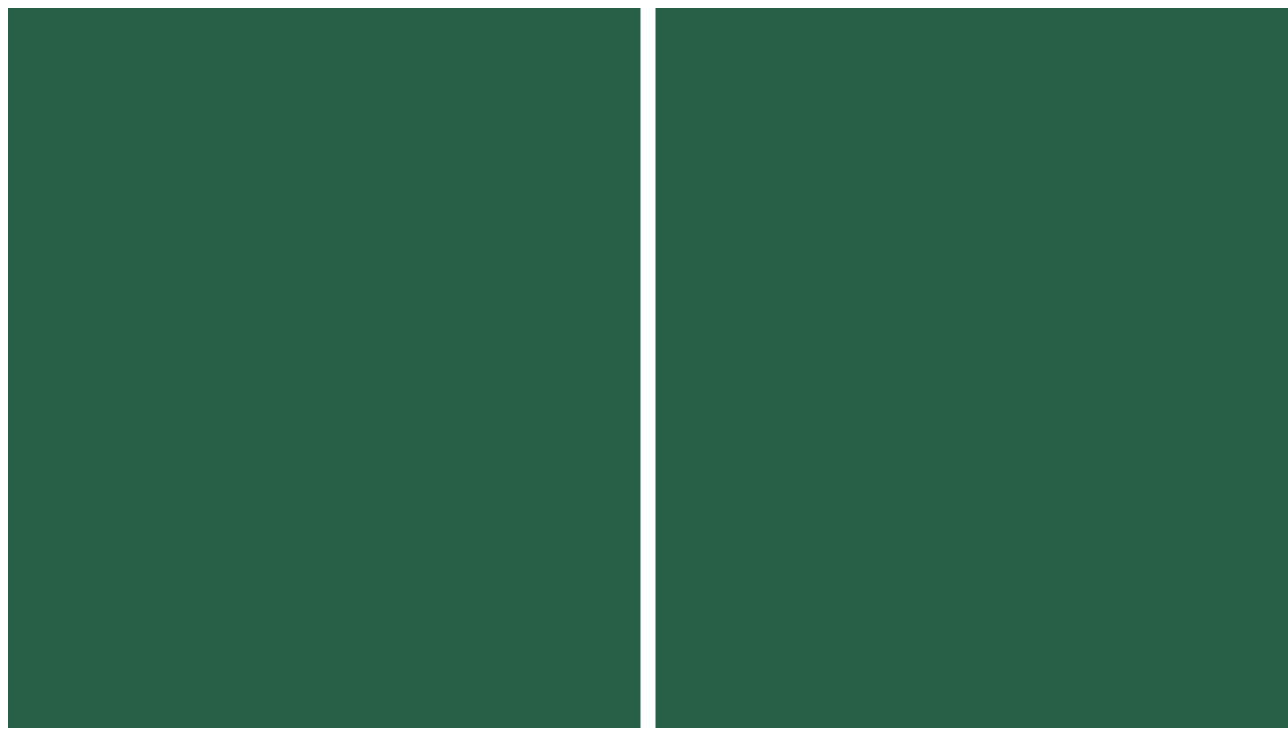
Repository: luizgaivaa/Game
Page: index.html
The author's editor kept a copy of each file at every save. The page is drawn from the files as they stood at one save, then again after a run of saves.
The browser window is 1280 px wide. The page is 1288 px wide, so the pictures cover 1288 px, including what lies to the right of the window. The pictures show the whole page.

Above is the page before, as saved 2024-03-26 15:51:51.
Console error (its wording comes from the project's code and is left out).

### index.html
<!DOCTYPE html>
<html lang="en">
<head>
    <meta charset="UTF-8">
    <meta name="viewport" content="width=device-width, initial-scale=1.0">
    <title>Ping_pong</title>
</head>
<body>
    <canvas></canvas>
        <script>
               const canvasEl = document.querySelector("canvas")
        const canvasCtx = canvasEl.getContext("2d")

        const lineWidth = 15
        function setup(){
            canvasEl.width = canvasCtx.width = window.innerWidth
            canvasEl.height = canvasCtx.height = window.innerHeight
        }

        function draw (){
            canvasCtx.fillStyle = "#286047"
            canvasCtx.fillRect(0,0, window.innerWidth, window.innerHeight)

            canvasCtx.fillStyle = "#ffffff"
            const x= window.innerWidth /2 - lineWidth /2
            const y = 0
            const w = lineWidth
            const h = window.innerHeight

            canvasCtx.fillRect(x,y,w,h)
            canvasCtx.fillRect()
        }
        setup()
        draw()
        </script>


</body>
</html>

After the next 7 saves:
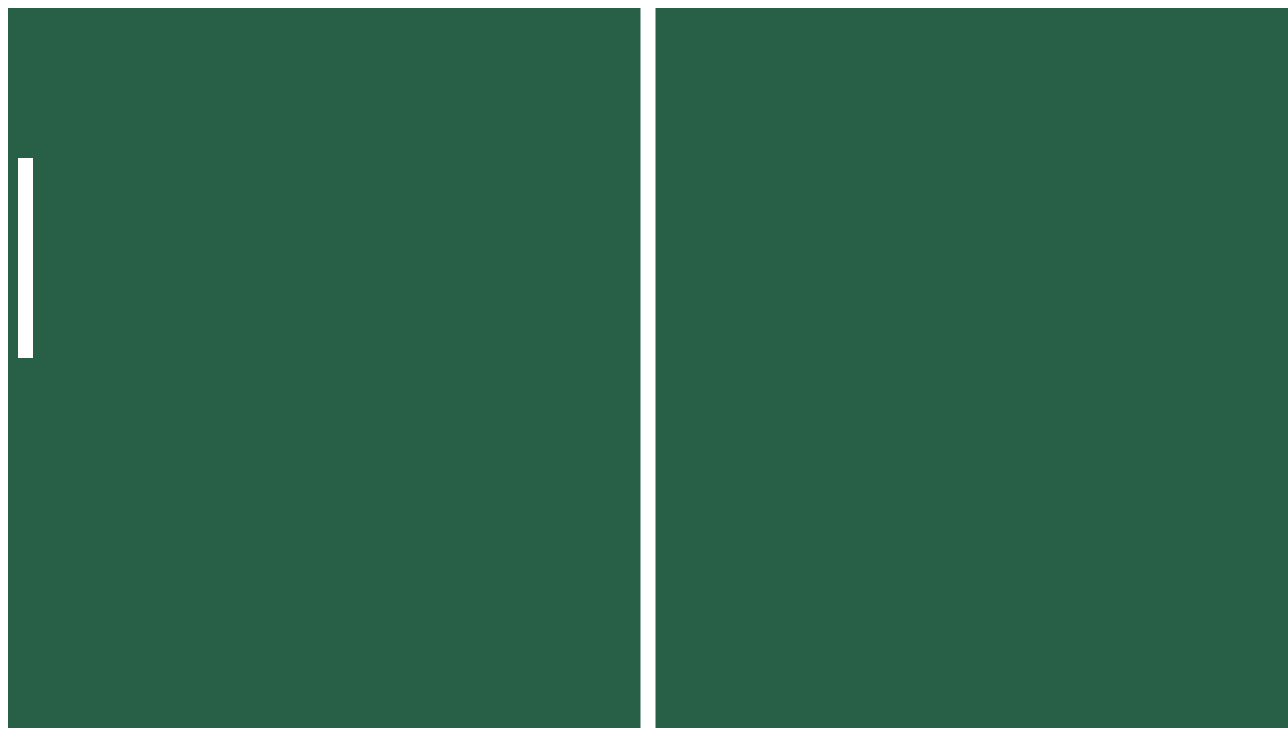
The error is gone.
The 7 saves are shown as one change because they came seconds apart.
The last was saved 21 s later.
--- a/index.html
+++ b/index.html
@@ -28,7 +28,7 @@
             const h = window.innerHeight
 
             canvasCtx.fillRect(x,y,w,h)
-            canvasCtx.fillRect()
+            canvasCtx.fillRect(10,150,lineWidth,200)
         }
         setup()
         draw()
